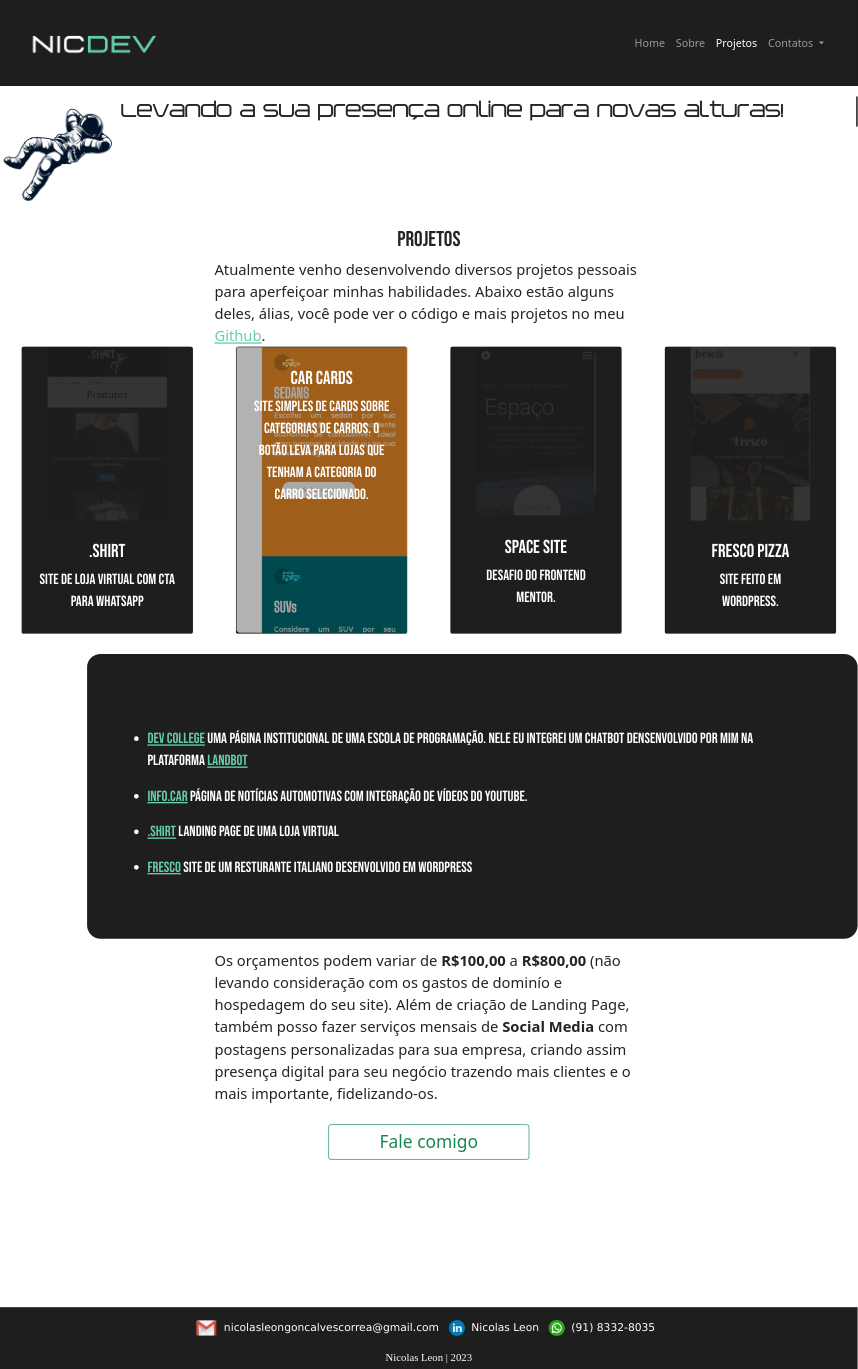
Repository: Leonngc/nicdev
Page: projects.html
The author's editor kept a copy of each file at every save. The page is drawn from the files as they stood at one save, then again after the next save.
The browser window is 1280 px wide. The pictures show the whole page, at 67% of full size.
Some web libraries are served in a nearby version.

Above is the page before, as saved 2023-06-04 23:08:31.

### projects.html
<!DOCTYPE html>
<html lang="pt-br">
  <head>
    <meta charset="UTF-8" />
    <meta http-equiv="X-UA-Compatible" content="IE=edge" />
    <meta name="viewport" content="width=device-width, initial-scale=1.0" />
    <title>nicdev - Projetos</title>
    <!-- Google tag (gtag.js) -->
<script async src="https://www.googletagmanager.com/gtag/js?id=G-E2XWESC90Y"></script>
<script>
  window.dataLayer = window.dataLayer || [];
  function gtag(){dataLayer.push(arguments);}
  gtag('js', new Date());

  gtag('config', 'G-E2XWESC90Y');
</script>
    <link
      href="https://cdn.jsdelivr.net/npm/bootstrap@5.0.2/dist/css/bootstrap.min.css"
      rel="stylesheet"
      integrity="sha384-EVSTQN3/azprG1Anm3QDgpJLIm9Nao0Yz1ztcQTwFspd3yD65VohhpuuCOmLASjC"
      crossorigin="anonymous"
    />

    <link rel="stylesheet" href="styles/scrollbar.css" />
    <link rel="stylesheet" href="styles/footer.css" />
    <link rel="stylesheet" href="styles/projects.css"/>
    ">
  </head>
  <body>
    <header style="background-color: #1e1e1e; padding: 30px" class="fixed-top">
      <nav class="navbar navbar-expand-lg navbar-dark">
        <div class="container-fluid">
          <a class="navbar-brand" href="index.html"
            ><img
              src="images/nicdev-logo.png"
              alt="logo da NicDev"
              style="width: 200px"
          /></a>
          <button
            class="navbar-toggler"
            type="button"
            data-bs-toggle="collapse"
            data-bs-target="#navbarNavDropdown"
            aria-controls="navbarNavDropdown"
            aria-expanded="false"
            aria-label="Toggle navigation"
          >
            <span class="navbar-toggler-icon"></span>
          </button>
          <div
            class="collapse navbar-collapse justify-content-end"
            id="navbarNavDropdown"
          >
            <ul class="navbar-nav">
              <li class="nav-item">
                <a class="nav-link" href="index.html" target="_parent">Home</a>
              </li>
              <li class="nav-item">
                <a class="nav-link" href="about.html" target="_parent">Sobre</a>
              </li>
              <li class="nav-item">
                <a class="nav-link active disabled" href="#">Projetos</a>
              </li>
              <li class="nav-item dropdown">
                <a
                  class="nav-link dropdown-toggle"
                  href="#"
                  id="navbarDropdownMenuLink"
                  role="button"
                  data-bs-toggle="dropdown"
                  aria-expanded="false"
                >
                  Contatos
                </a>
                <ul
                  class="dropdown-menu"
                  aria-labelledby="navbarDropdownMenuLink"
                >
                  <li>
                    <a class="dropdown-item" href="https://wa.me/91983328035"
                      >WhatsApp
                      <img src="images/whatsapp.png" alt="" class="redes-logo"
                    /></a>
                  </li>
                  <li>
                    <a class="dropdown-item" href="mailto:nicolasleongoncalvescorre@gmail.com?Subject=Interesse%20em%20um%20website&Body=Ola%2C%20vi%20seu%20site%20de%20portfolio%20e%20fiquei%20interessado%20em%20fazer%20um%20or%E7amento.%0A%0A---obs%28Retornarei%20seu%20email%20em%20ate%2030%20minutos%29"
                      >Email
                      <img src="images/gmail (1).png" alt="" class="redes-logo"
                    /></a>
                  </li>
                  <li>
                    <a class="dropdown-item" href="https://www.linkedin.com/in/nicolas-leon-70038921b/"
                      >Linkedin
                      <img src="images/linkedin.png" alt="" class="redes-logo"
                    /></a>
                  </li>
                </ul>
              </li>
            </ul>
          </div>
        </div>
      </nav>
    </header>

  <div class="slogan-container">
    <img src="images/astronauta.png" alt="" class="astronauta"> <p class="slogan">Levando a sua presença online para novas alturas!</p>
  </div>
    <main>
      <h2>Projetos</h2>

      <p>Atualmente venho desenvolvendo diversos projetos pessoais para aperfeiçoar minhas habilidades. Abaixo estão alguns deles, álias, você pode ver o código  e mais projetos no meu <a href="https://github.com/Leonngc" target="_blank">Github</a>.</p>


      <section class="cards-container">
        <div class="card">
          <img src="images/2023-06-04 (1).png" alt="">
          <div class="info-card">
            <h3>.Shirt</h3>
            <p>Site de loja virtual com CTA para WhatsApp</p>
          </div>
        </div>
        <div class="card" id="card-0">
          <div class="info-card">
            <h3>
              Car Cards
            </h3>
            <p>Site simples de cards sobre categorias de carros. O botão leva para lojas que tenham a categoria do carro selecionado.</p>
          </div>
        </div>
        <div class="card">
          <img src="images/spacesite.png" alt="">
          <div class="info-card">
            <h3>
              Space Site
            </h3>
            <p>Desafio do Frontend Mentor.</p>
          </div>
        </div>
        <div class="card">
          <img src="images/frescosite.png" alt="">
          <div class="info-card">
            <h3>
              Fresco Pizza
            </h3>
            <p>Site feito em Wordpress.</p>
          </div>
        </div>
      </section>




      <ul>
        <li><a href="https://leonngc.github.io/dev-college/" target="_blank">Dev College</a> Uma página institucional de uma escola de programação. Nele eu integrei um chatbot  densenvolvido por mim na plataforma <a href="https://landbot.io/" target="_blank">Landbot</a>
        </li>
        <li>
          <a href="https://leonngc.github.io/projeto-info.car/" target="_blank">Info.Car</a> página de notícias automotivas com integração de vídeos do Youtube.
        </li>

        <li>
          <a href="https://leonngc.github.io/projeto-shirt/" target="_blank">.Shirt</a> Landing Page de uma loja virtual
        </li>

        <li>
          <a href="https://pizzasitewp.netlify.app/" target="_blank">Fresco</a> Site de um resturante italiano desenvolvido em Wordpress
        </li>

      </ul>

      <p>Os orçamentos podem variar de <strong>R$100,00</strong> a <strong>R$800,00</strong> (não levando consideração com os gastos de dominío e hospedagem do seu site). Além de criação de Landing Page, também posso fazer serviços mensais de <strong>Social Media</strong> com postagens personalizadas para sua empresa, criando assim presença digital para seu negócio trazendo mais clientes e o mais importante, fidelizando-os.</p>
      <a href="https://wa.me/91983328035" target="_blank"><button type="button" class="btn btn-outline-success" style="width: 300px; font-size: 26px; margin-bottom: 20px; margin-top: 30px;">Fale comigo</button></a>
    </main>

    <footer>
      <p><img src="images/gmail.png" alt=""><a href="mailto:nicolasleongoncalvescorre@gmail.com?Subject=Interesse%20em%20um%20website&Body=Ola%2C%20vi%20seu%20site%20de%20portfolio%20e%20fiquei%20interessado%20em%20fazer%20um%20or%E7amento.%0A%0A---obs%28Retornarei%20seu%20email%20em%20ate%2030%20minutos%29">nicolasleongoncalvescorrea@gmail.com</a> <img src="images/linkedin.png" alt=""><a href="https://www.linkedin.com/in/nicolas-leon-70038921b/">Nicolas Leon</a> <img src="images/whatsapp.png" alt=""><a href="https://wa.me/91983328035" target="_blank">(91) 8332-8035</a></p>
      <p class="rights">Nicolas Leon | 2023</p>
    </footer>
    <script
      src="https://cdn.jsdelivr.net/npm/bootstrap@5.0.2/dist/js/bootstrap.bundle.min.js"
      integrity="sha384-MrcW6ZMFYlzcLA8Nl+NtUVF0sA7MsXsP1UyJoMp4YLEuNSfAP+JcXn/tWtIaxVXM"
      crossorigin="anonymous"
    ></script>
  </body>
</html>

### styles/scrollbar.css
body{
    overflow-x: hidden;
}
body::-webkit-scrollbar {
    width: 6px;               /* width of the entire scrollbar */
  }

  body::-webkit-scrollbar-track {
    background: rgb(5, 5, 5);        /* color of the tracking area */
  }

  body::-webkit-scrollbar-thumb {
    background-color: #4BC6B9;    /* color of the scroll thumb */
    border-radius: 20px;       /* roundness of the scroll thumb */
  }

  .redes-logo{
    width: 30px;
    padding: 6px;
  }

### styles/footer.css
footer{
    background-color: #1e1e1e;;
    text-align: center;
    margin-top: 200px;
    padding: 15px;
    height: 13vh;
}

footer > p  a{
    padding: 10px;
    text-decoration: none;
    color: white;
    font-family: 'Lucida Sans', 'Lucida Sans Regular', 'Lucida Grande', 'Lucida Sans Unicode', Geneva, Verdana, sans-serif;
}

footer > p > a:hover{
    color: #66CDAA;
    transition: 1s;
}

.rights{
    color: white;
    font-family: 'Times New Roman', Times, serif;
}
 @media screen and (max-width:900px) {
    footer{
        margin-top: 100px;
        height: 16vh;
        word-wrap: break-word;
    }
    footer > p > a{
        color: #d1d5d4;
    }
 }

### styles/projects.css
@import url('https://fonts.googleapis.com/css2?family=Bebas+Neue&display=swap'); /* CDN GOOGLE  FONT */
@import url('https://cdn-uicons.flaticon.com/uicons-solid-straight/css/uicons-solid-straight.css'); /* CDN ICON*/
@font-face {
    font-family: Lastica;
    src: url(../fonts/instrg.ttf);
}

@keyframes typewriter {
    from {
      width: 0%;
    }
    to {
      width: 50%;
    }
  }
  @keyframes blink {
    from {
      border-color: black;
    }
    to {
      border-color: transparent;
    }
  }

*{
    max-width: 100vw;
}

:root{
 --bebas-neue : 'Bebas Neue', cursive;
}

body{
    max-width: 100vw;
    overflow-x: hidden;
}

main{
    margin-top: 150px;
    text-align: center;
}

.slogan-container{
  margin-top: 120px;
}


.slogan{
    font-family: Lastica, sans-serif;
    font-weight: bold;
    font-size: 30px;
    overflow: hidden;
    animation: typewriter 2s steps(15) alternate,
      blink 800ms steps(15)  normal;
    border-right: 2px solid black;
}

.astronauta{
    width: 180px;
    float: left;
}

h2{
    font-family: var(--bebas-neue);
    text-align: center
}

main > p{
    text-align: start;
    margin: auto;
    width: 50vw;
    font-size: 22px;
}

main > ul{
    font-family: var(--bebas-neue);
    font-size: 22px;
    margin-left: 130px;
    margin-top: 30px;
    background-color: #1e1e1e;
    color: white;
    padding: 90px;
    border-radius: 20px;
    text-align: left;
}

main a{
    color: #66CDAA;
}

main > ul > li{
  margin-top: 20px;
}

li > img{
    width: 600px;
    padding: 50px;
}

.cards-container{
  display: flex;
  flex-wrap: wrap;
  justify-content: space-around;
}

.card{
  background-color: #1e1e1e;
  align-items: center;
  width: 20%;
}

.card > img{
  width: 70%;
  filter: opacity(10%);
}

#card-0{
  background-image: url(../images/carcards.png);
  background-repeat: no-repeat;
  background-size: cover;
  box-shadow: inset 0 0 0 50vw rgba(0, 0, 0, 0.3);

}

.info-card{
  color: white;
  font-family: var(--bebas-neue);
  text-align: center;
  padding: 30px 0 30px;
}

.info-card > p{
  width: 80%;
  margin: auto;
  font-size: 22px;
}

@media screen and (max-width:900px){
    .astronauta{
        width: 100px;
    }
    .slogan{
        font-size: 12px;
        padding: 20px;
    }
    h2{
    margin: auto;
    }
    main{
      margin-top: 100px;
    }
   main > p{
    width: 90vw;
   }

   main > ul{
    margin: auto;
    margin-top: 30px;
    margin-bottom: 30px;
    font-size: 18px;
    padding: 30px;
   }

   main > ul > li{
    padding: 16px;
   }
}

After the next save:
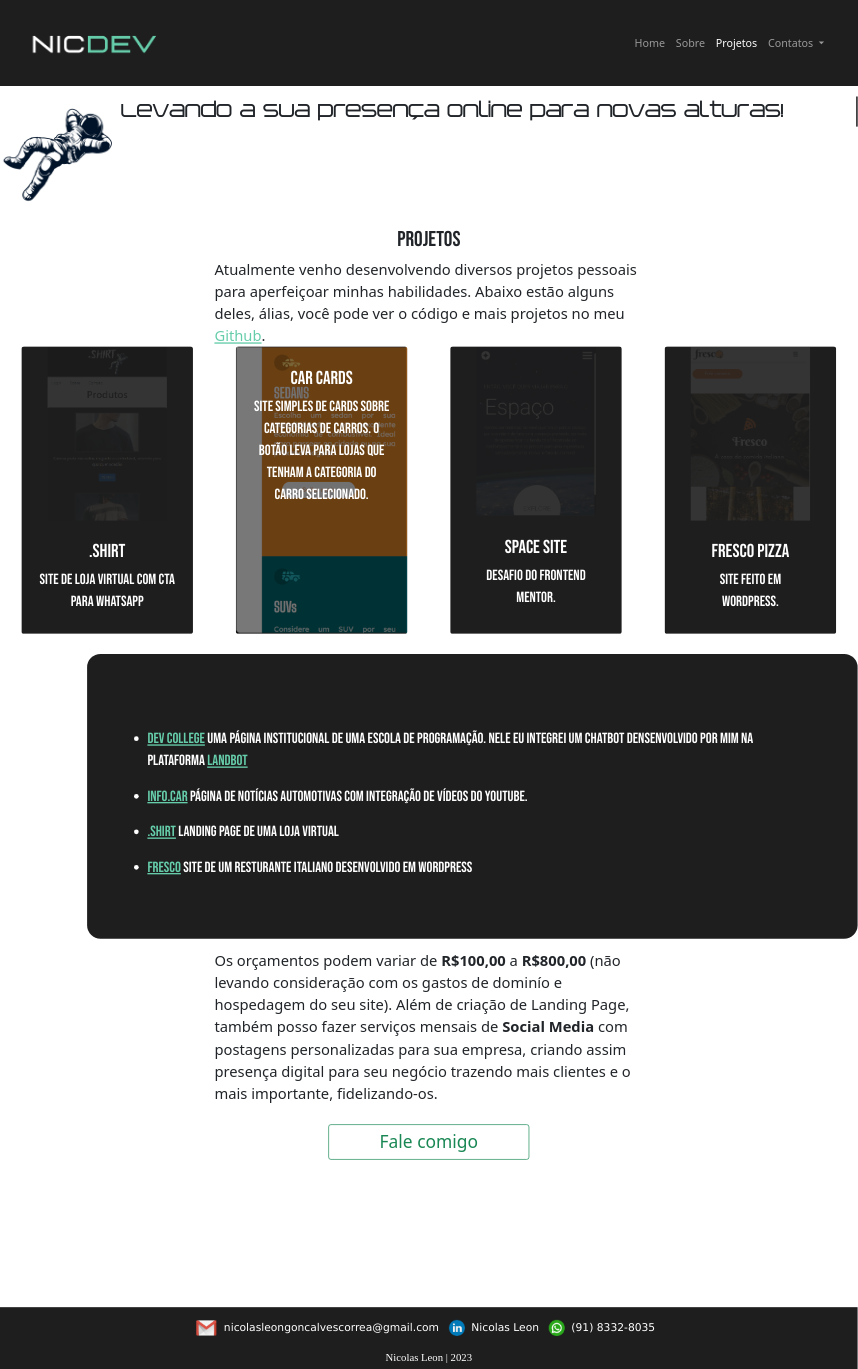
Saved 10 s later.
--- a/styles/projects.css
+++ b/styles/projects.css
@@ -118,7 +118,7 @@ li > img{
   background-image: url(../images/carcards.png);
   background-repeat: no-repeat;
   background-size: cover;
-  box-shadow: inset 0 0 0 50vw rgba(0, 0, 0, 0.3);
+  box-shadow: inset 0 0 0 50vw rgba(0, 0, 0, 0.53);
 
 }
 
